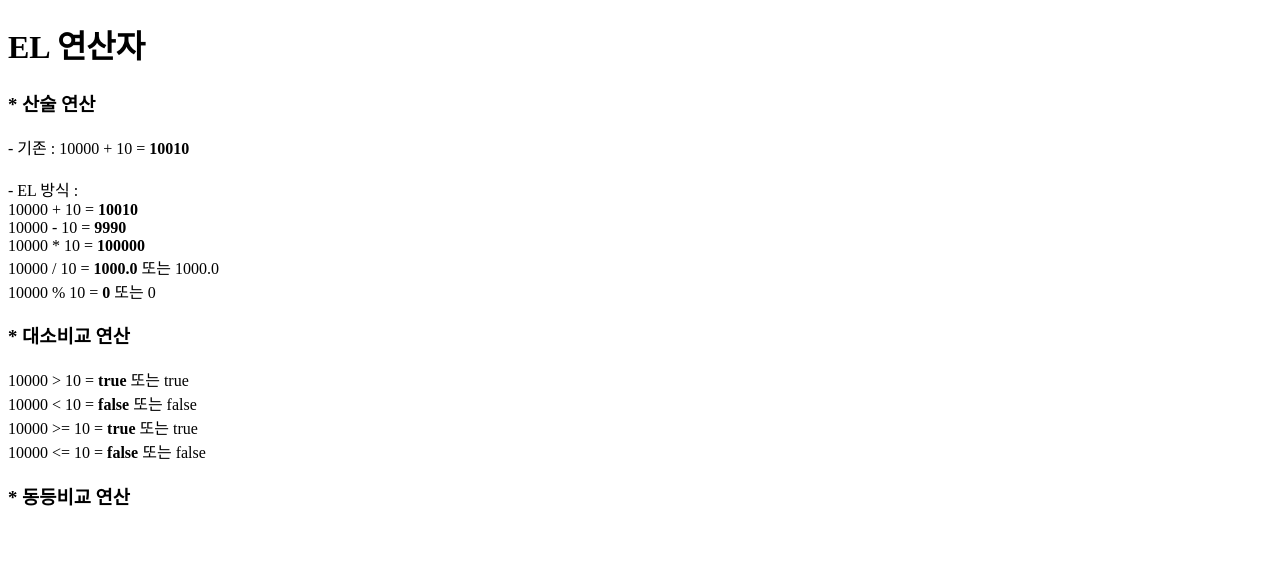
Repository: hailey-516/servlet
Page: http://localhost/3_elAction/operator.do
The author's editor kept a copy of each file at every save. The page is drawn from the files as they stood at one save, then again after the next save.
The browser window is 1280 px wide. The pictures show the whole page.
The page is served by Tomcat 9. Other server files are loaded and not shown.

Above is the page before, as saved 2024-08-26 05:20:33.

### 3_elAction/src/main/webapp/views/1_EL/02_elOperator.jsp
<%@ page language="java" contentType="text/html; charset=UTF-8"
    pageEncoding="UTF-8"%>
<!DOCTYPE html>
<html>
<head>
<meta charset="UTF-8">
<title>EL 연산자</title>
</head>
<body>
	<h1>EL 연산자</h1>

	<h3>* 산술 연산</h3>
	- 기존 : 10000 + 10 = <b><%= (int)request.getAttribute("big") + (int)request.getAttribute("small") %></b>
	<br><br>

	- EL 방식 : <br>
	10000 + 10 = <b>${ big + small }</b> <br>
	10000 - 10 = <b>${ big - small }</b> <br>
	10000 * 10 = <b>${ big * small }</b> <br>
	10000 / 10 = <b>${ big / small }</b> 또는 ${ big div small } <br>
	10000 % 10 = <b>${ big % small }</b> 또는 ${ big mod small } <br>

	<h3>* 대소비교 연산</h3>
	10000 &gt; 10 = <b>${ big > small }</b> 또는 ${ big gt small } <br>
	10000 &lt; 10 = <b>${ big < small }</b> 또는 ${ big lt small } <br>
	10000 &gt;= 10 = <b>${ big >= small }</b> 또는 ${ big ge small} <br>
	10000 &lt;= 10 = <b>${ big <= small }</b> 또는 ${ big le small } <br>

	<h3>* 동등비교 연산</h3>


</body>
</html>

### 3_elAction/src/main/java/com/kh/controller/OperatorServlet.java
package com.kh.controller;

import java.io.IOException;
import java.util.ArrayList;

import javax.servlet.ServletException;
import javax.servlet.annotation.WebServlet;
import javax.servlet.http.HttpServlet;
import javax.servlet.http.HttpServletRequest;
import javax.servlet.http.HttpServletResponse;

import com.kh.model.vo.Person;

/**
 * Servlet implementation class OperatorServlet
 */
@WebServlet("/operator.do")
public class OperatorServlet extends HttpServlet {
	private static final long serialVersionUID = 1L;

    /**
     * @see HttpServlet#HttpServlet()
     */
    public OperatorServlet() {
        super();
        // TODO Auto-generated constructor stub
    }

	/**
	 * @see HttpServlet#doGet(HttpServletRequest request, HttpServletResponse response)
	 */
	protected void doGet(HttpServletRequest request, HttpServletResponse response) throws ServletException, IOException {

		request.setAttribute("big", 10000);
		request.setAttribute("small", 10);

		request.setAttribute("s1", "배고파");
		request.setAttribute("s2", "");
		request.setAttribute("s3", "힘내!!");
		request.setAttribute("s4", "");

		request.setAttribute("p1", new Person("카리나", 25, "여자"));
		request.setAttribute("p2", null);

		ArrayList<String> list1 = new ArrayList<>();
		request.setAttribute("l1", list1);

		ArrayList<String> list2 = new ArrayList<>();
		list2.add("Drama");
		list2.add("Armageddon");
		request.setAttribute("l2", list2);

		request.getRequestDispatcher("views/1_EL/02_elOperator.jsp").forward(request, response);;
	}

	/**
	 * @see HttpServlet#doPost(HttpServletRequest request, HttpServletResponse response)
	 */
	protected void doPost(HttpServletRequest request, HttpServletResponse response) throws ServletException, IOException {
		// TODO Auto-generated method stub
		doGet(request, response);
	}

}

### 3_elAction/src/main/java/com/kh/model/vo/Person.java
package com.kh.model.vo;

public class Person {
	// 필드부 (변수)
	private String name;
	private int age;
	private String gender;

	// 생성자부
	public Person() {

	}

	public Person(String name, int age, String gender) {
		this.name = name;
		this.age = age;
		this.gender = gender;
	}

	// 메소드부
	// getter/setter
	public String getName() {
		return name;
	}

	public void setName(String name) {
		this.name = name;
	}

	public int getAge() {
		return age;
	}

	public void setAge(int age) {
		this.age = age;
	}

	public String getGender() {
		return gender;
	}

	public void setGender(String gender) {
		this.gender = gender;
	}

	// toString() => 필드부에 저장된 값들을 확인하는 용도
	@Override
	public String toString() {
		return "Person [name=" + name + ", age=" + age + ", gender=" + gender + "]";
	}

}

After the next save:
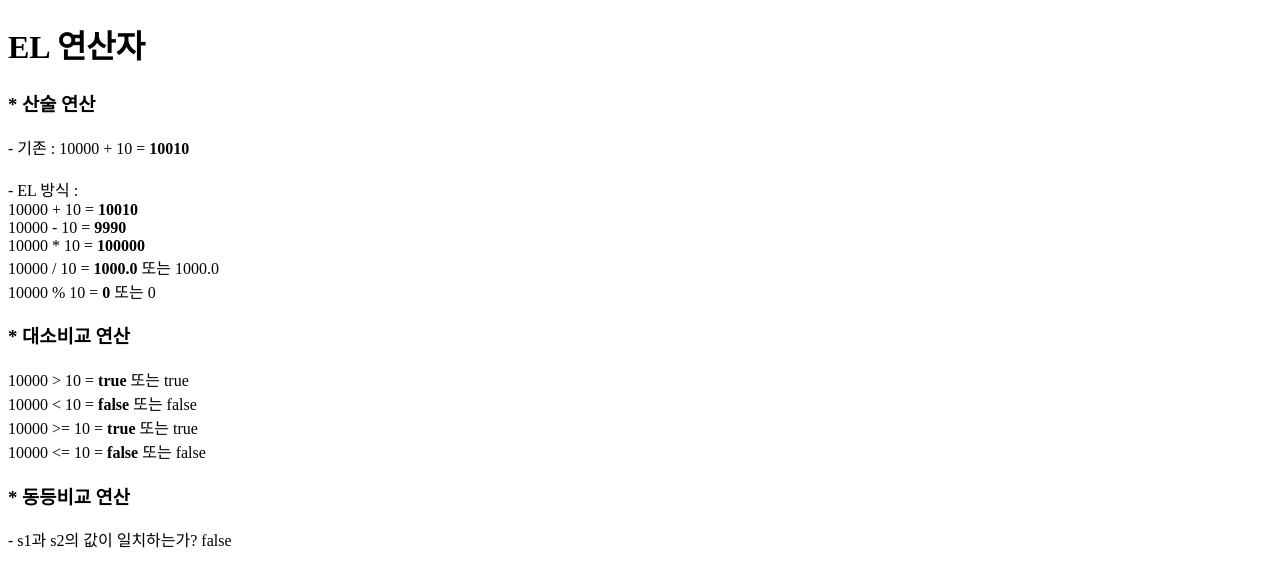
Saved 30 s later.
--- a/3_elAction/src/main/webapp/views/1_EL/02_elOperator.jsp
+++ b/3_elAction/src/main/webapp/views/1_EL/02_elOperator.jsp
@@ -27,7 +27,7 @@
 	10000 &lt;= 10 = <b>${ big <= small }</b> 또는 ${ big le small } <br>
 
 	<h3>* 동등비교 연산</h3>
-
+	- s1과 s2의 값이 일치하는가? ${ s1 == s2 }
 
 </body>
 </html>
